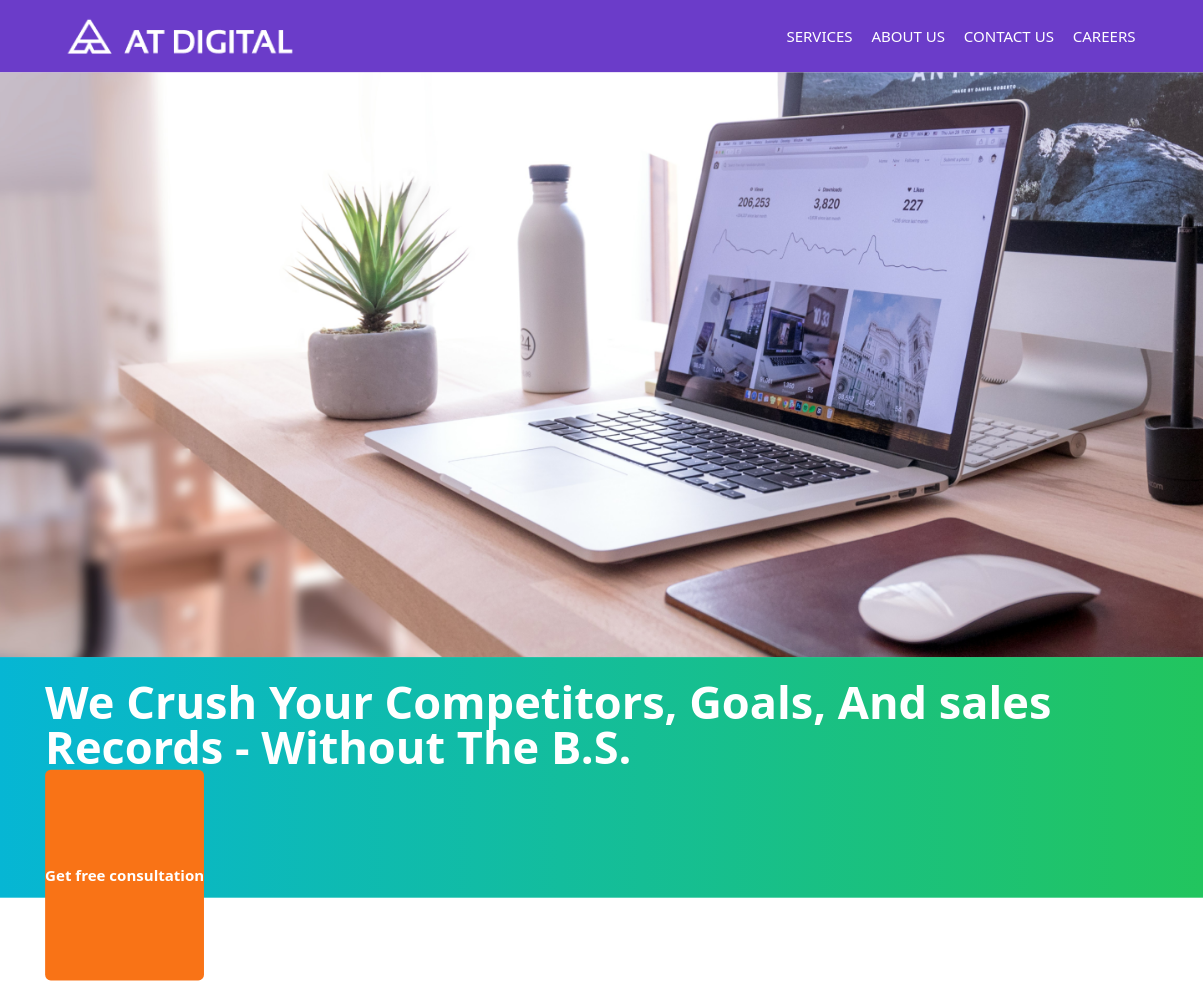
Repository: Milith97/AT-Digital-Website
Page: /
An editor plug-in stored every save of this project. The page is shown before and after the next save, followed by the edit.
The browser window is 1280 px wide. The pictures show the whole page, at 94% of full size.
The project was rebuilt for these pictures with package versions that can differ from the ones it lists, and the page was loaded fresh each time. Also part of the build but not shown: vite.config.js.

Above is the page before, as saved 2024-04-06 19:53:40.

### src/App.jsx
// App.js or your main component file
import React from 'react';
import NavBar from './Components/NavBar';
import HomePage from './Components/HomePage';

function App() {
  return (
    <div className="App">
      <NavBar />
      <HomePage />
    </div>
  );
}

export default App;

### src/Components/NavBar.jsx
import React, { useState } from 'react';
import Logo from '../assets/Img/Logo.png';

const NavBar = () => {
    const [isOpen, setIsOpen] = useState(false);

    return (
        <nav className="bg-[#6B3CC9]">
            <div className="max-w-1440px max-h-20 xl:px-16 md:px-7 sm:px-11 max-lg:mx-6">
                <div className="flex justify-between">
                    <div>
                        <a href="#" className={`flex items-center py-5 sm:px-2 ${isOpen ? 'hidden' : 'flex'}`}>
                            <img src={Logo} alt="Logo" />
                        </a>
                    </div>
                    <div className={`hidden md:flex font-medium text-white items-center space-x-1 ${isOpen ? 'flex' : 'hidden'}`}>
                        <a href="#" className="py-5 px-2 ">SERVICES</a>
                        <a href="#" className="py-5 px-2 ">ABOUT US</a>
                        <a href="#" className="py-5 px-2 ">CONTACT US</a>
                        <a href="#" className="py-5 px-2 ">CAREERS</a>
                    </div>
                    <div className="md:hidden flex items-center ">
                        <button onClick={() => setIsOpen(!isOpen)} className="text-white focus:outline-none">
                            {!isOpen ? (
                                <svg className="h-14 w-10" stroke="white" viewBox="0 0 24 24" >
                                    <path strokeLinecap="round" strokeLinejoin="round" strokeWidth="3" d="M4 6h16M4 12h16M4 18h16" />
                                </svg>
                            ) : (
                                <svg className="h-12 w-8" stroke="black" viewBox="0 0 24 24" >
                                    <path strokeLinecap="round" strokeLinejoin="round" strokeWidth="3" d="M6 18L18 6M6 6l12 12" />
                                </svg>
                            )}
                        </button>
                    </div>
                </div>
            </div>
            <div className={`${isOpen ? 'block' : 'hidden'} md:hidden`}>
                <div className="bg-white">
                    <a href="#" className="block py-2 px-4 text-sm text-black-500 ">HOME</a>
                    <a href="#" className="block py-2 px-4 text-sm text-black-500">SERVICES</a>
                    <a href="#" className="block py-2 px-4 text-sm text-black-500">ABOUT US</a>
                    <a href="#" className="block py-2 px-4 text-sm text-black-500">CONTACT US</a>
                    <a href="#" className="block py-2 px-4 text-sm text-black-500">CAREERS</a>
                </div>
            </div>
        </nav>
    );
};

export default NavBar;

### src/Components/HomePage.jsx
import React from 'react';
import backgroundImage from '../assets/Img/Home.png';

const HomePage = () => {
    return (
        <div >
            <img src={backgroundImage} alt="Home Image" />
            <div className='h-64 max-w-full bg-gradient-to-r from-cyan-500 to-green-500'>
                <div className='text-lg py-6 px-12'>
                    <p className='font-bold text-5xl text-white'>We Crush Your Competitors, Goals, And sales Records - Without The B.S.</p>
                    <div className=''>
                        <button className='bg-orange-500 text-white font-bold text-base h-56 rounded-md'>Get free consultation</button>
                    </div>
                </div>
            </div>
        </div>
    );
};

export default HomePage;

Loaded but not shown: index.html (common file); src/main.jsx (common file); src/index.css (common file); tailwind.config.js (common file)

After the next save:
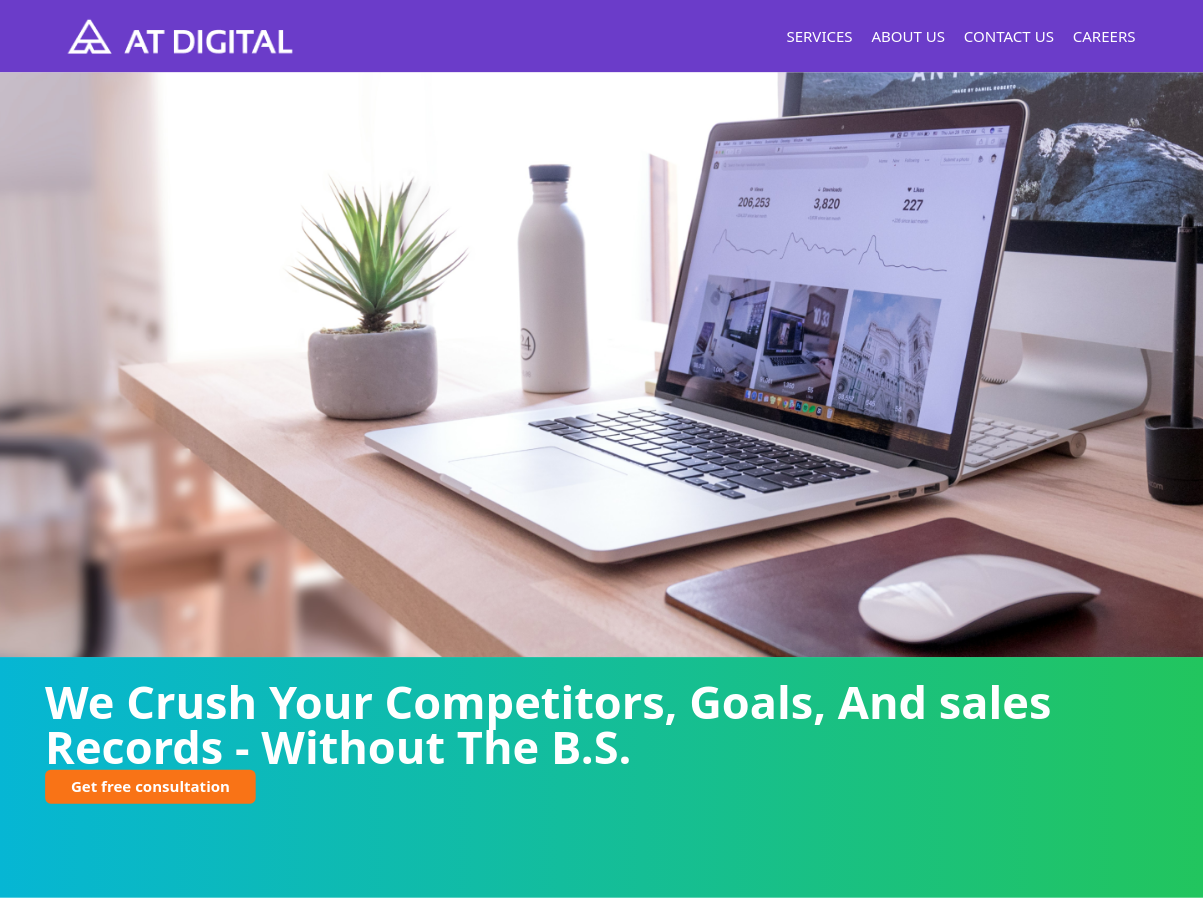
Saved 38 s later.
--- a/src/Components/HomePage.jsx
+++ b/src/Components/HomePage.jsx
@@ -9,7 +9,7 @@ const HomePage = () => {
                 <div className='text-lg py-6 px-12'>
                     <p className='font-bold text-5xl text-white'>We Crush Your Competitors, Goals, And sales Records - Without The B.S.</p>
                     <div className=''>
-                        <button className='bg-orange-500 text-white font-bold text-base h-56 rounded-md'>Get free consultation</button>
+                        <button className='bg-orange-500 text-white font-bold text-base h-9 w-56 rounded-md'>Get free consultation</button>
                     </div>
                 </div>
             </div>
